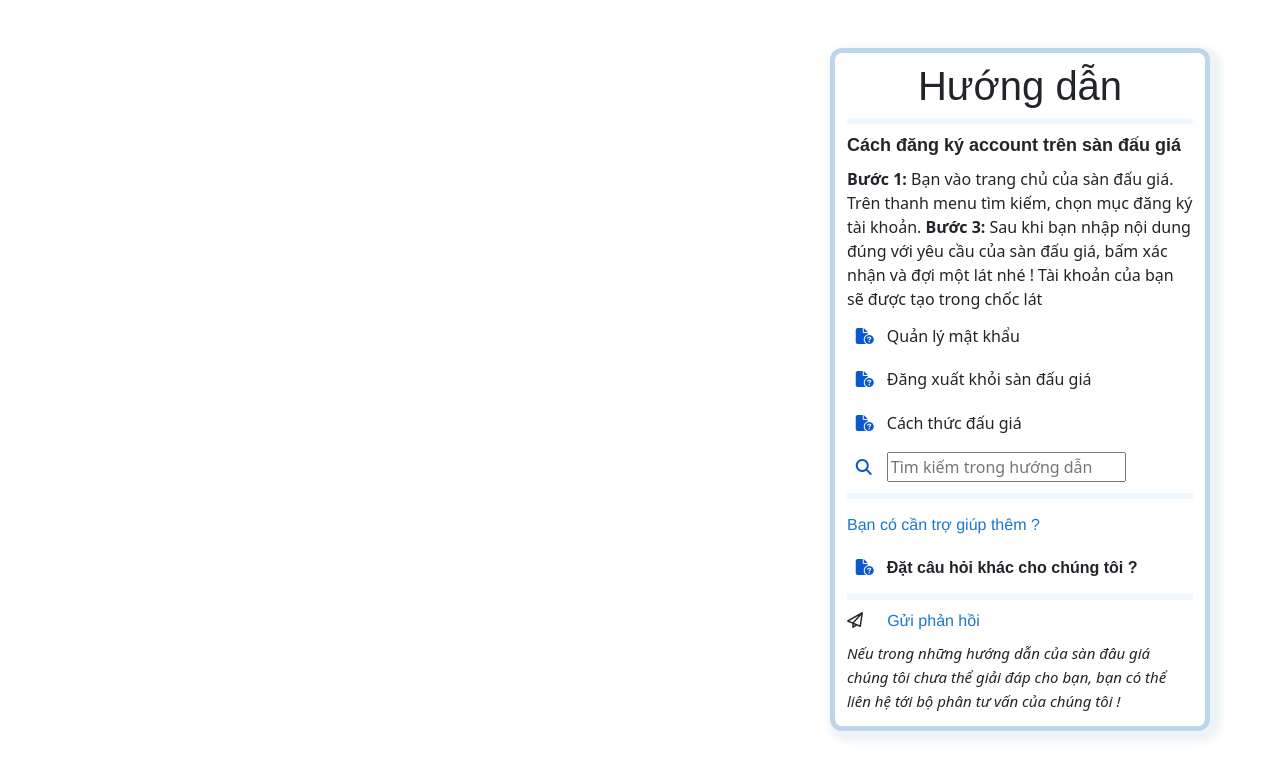
Repository: SonPhamThe/C0622G1-module5
Page: prototype--module6/guides/guide1.html
An editor plug-in stored every save of this project. The page is shown before and after the next save, followed by the edit.
The browser window is 1280 px wide. The pictures show the whole page.
Some web libraries are served in a nearby version.

Above is the page before, as saved 2022-12-07 15:13:40.

After the next save:
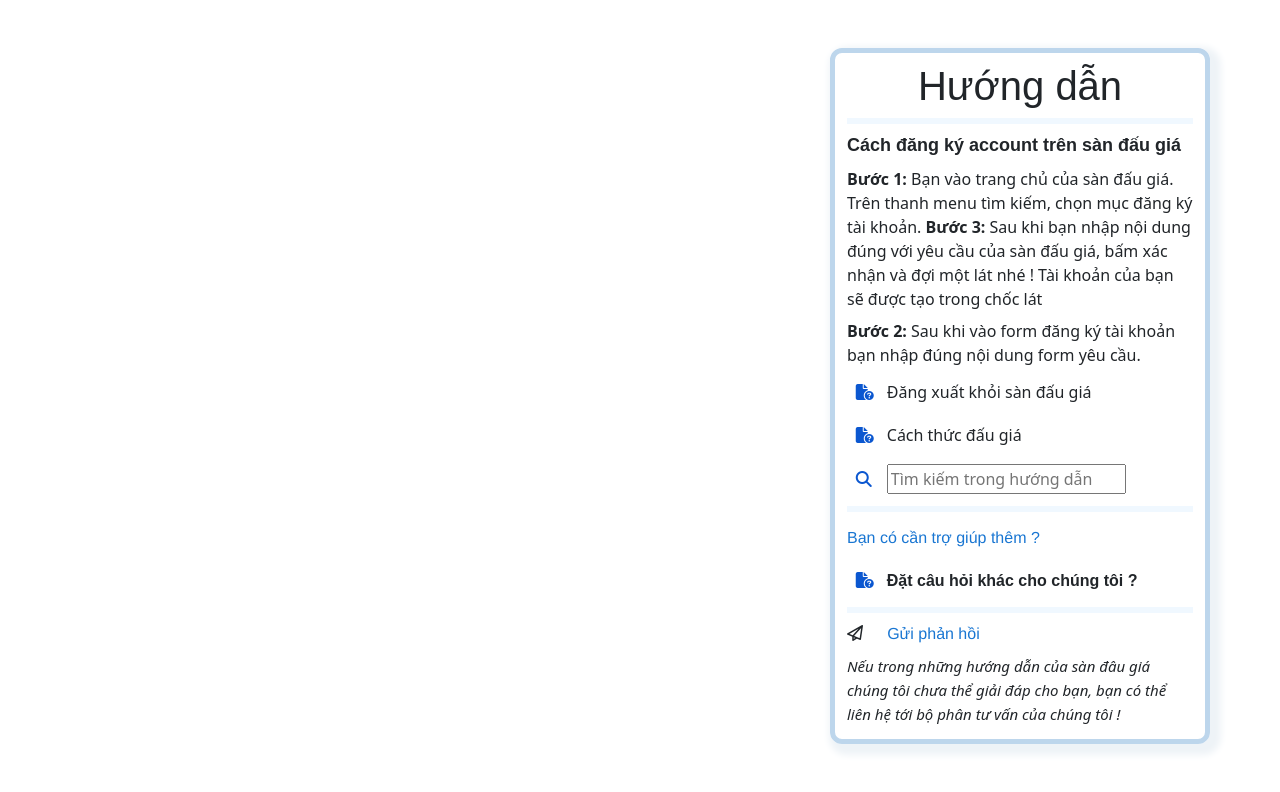
Saved 5 s later.
--- a/prototype--module6/guides/guide1.html
+++ b/prototype--module6/guides/guide1.html
@@ -71,8 +71,9 @@
               </span>
             </div>
             <div class="mb-2">
-              <i class="fa-solid fa-file-circle-question"></i>
-              <label>Quản lý mật khẩu</label>
+              <strong>Bước 2:</strong>
+              Sau khi vào form đăng ký tài khoản bạn nhập đúng nội dung form
+              yêu cầu.
             </div>
             <div class="mb-2">
               <i class="fa-solid fa-file-circle-question"></i>
